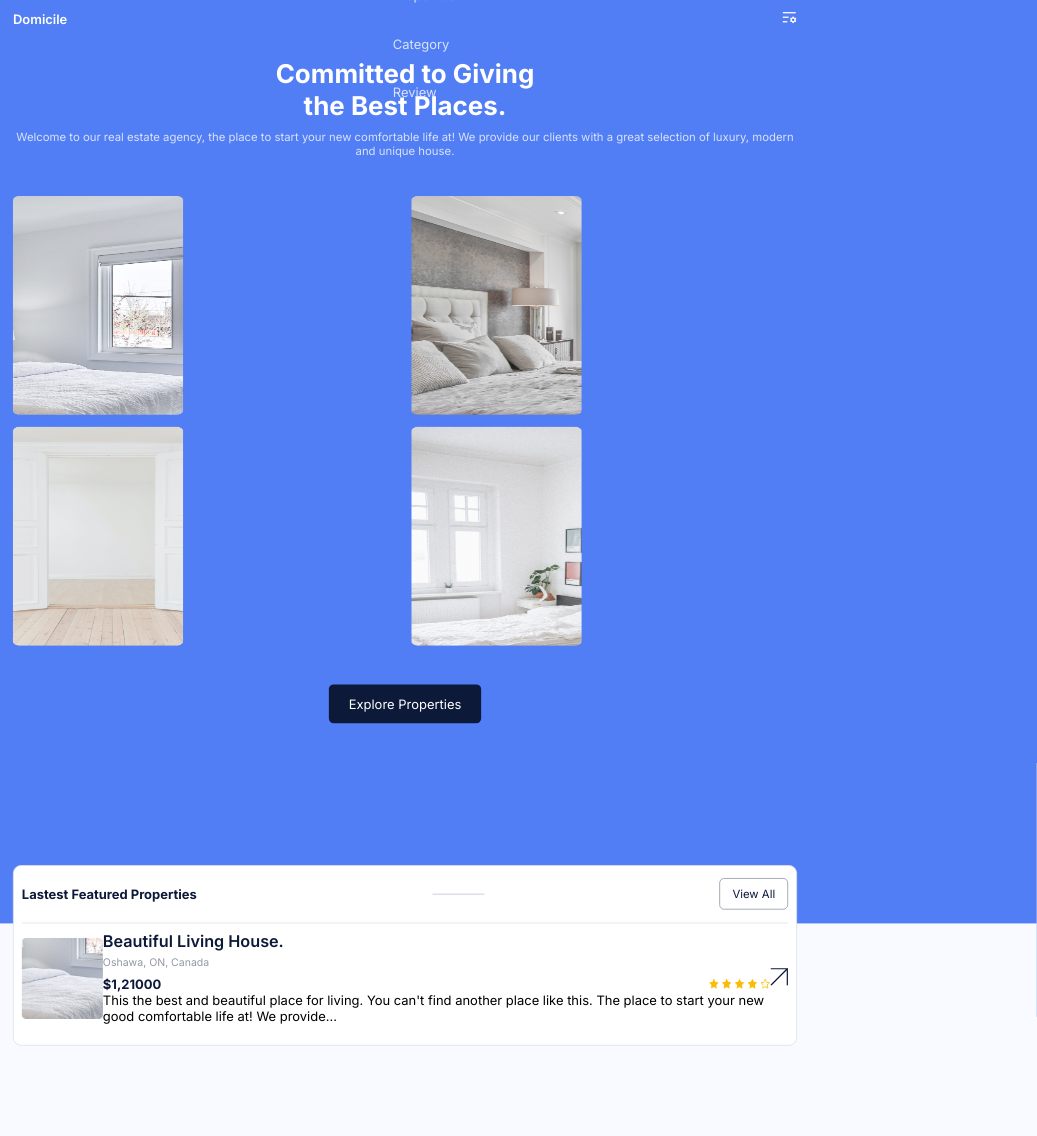
Repository: haokiet2501/domicile-real-estate
Page: index.html
These files come from the project's save history. The page is drawn as it stood at one moment and after a run of saves; the edit follows.
The browser window is 1280 px wide. The pictures show the whole page, at 81% of full size.
The style sheet was rebuilt from its Sass, Less or Tailwind sources for each picture, by a compiler version that may differ from the author's.

Above is the page before, as saved 2022-06-11 16:28:00.

### index.html
<!DOCTYPE html>
<html lang="en">
<head>
    <meta charset="UTF-8">
    <meta http-equiv="X-UA-Compatible" content="IE=edge">
    <meta name="viewport" content="width=device-width, initial-scale=1.0">
    <link href="https://cdn.jsdelivr.net/npm/remixicon@2.5.0/fonts/remixicon.css" rel="stylesheet">
    <link rel="stylesheet" href="sass/css/styles.css">
    <title>Real Estate Website - Domicile</title>
</head>
<body>
    <header class="header" id="header">
        <nav class="nav container">
            <a href="#" class="nav__logo">Domicile</a>

            <div class="nav__menu" id="nav-menu">
                <ul class="nav__list">
                    <li class="nav__item">
                        <a href="#" class="nav__link active-link">Home</a>
                    </li>
                    <li class="nav__item">
                        <a href="#" class="nav__link">Properties</a>
                    </li>
                    <li class="nav__item">
                        <a href="#" class="nav__link">Category</a>
                    </li>
                    <li class="nav__item">
                        <a href="#" class="nav__link">Review</a>
                    </li>
                </ul>

                <i class="ri-close-line nav__close" id="nav-close"></i>
            </div>

            <div class="nav__toggle" id="nav-toggle">
                <i class="ri-list-settings-line"></i>
            </div>
        </nav>
    </header>

    <main class="main">
        <section class="home section" id="home">
            <div class="home__container container grid">
                <div class="home__data">
                    <h1 class="home__data-subtitle">
                        Committed to Giving<br>the Best Places.
                    </h1>
                    <p class="home__data-title">
                        Welcome to our real estate agency, the place to start your new comfortable life at! We provide our clients with a great selection of luxury, modern and unique house.
                    </p>
                </div>

                <div class="home__images">
                    <img src="imgs/hero-one.png" alt="">
                    <img src="imgs/hero-two.png" alt="">
                    <img src="imgs/hero-three.png" alt="">
                    <img src="imgs/hero-four.png" alt="">
                </div>

                <div class="home__button">
                    <a href="#" class="button">Explore Properties</a>
                </div>
            </div>
        </section>

        <section class="futured" id="futured">
            <div class="futured__container container">
                <div class="futured__properties">
                    <div class="futured__properties-content">
                        Lastest Featured Properties
                    </div>
                    <div class="futured__properties-line"></div>
                    <div class="futured__properties-button">View All</div>
                </div>

                <div class="futured__card">
                    <img class="futured__card-img" src="imgs/future.png" alt="">
                    <div class="futured__card-layouts">
                        <div class="futured__card-text">
                            <h3>Beautiful Living House.</h3>
                            <p>Oshawa, ON, Canada</p>
                        </div>
                        <div class="futured__card-price">
                            <p>$1,21000</p>
                            <img class="futured__card-price-vector" src="imgs/rating.png" alt="">
                        </div>

                        <div class="futured__card-subtext">
                            <p>
                                This the best and beautiful place for living. You can't find another place like this. The place to start your new good comfortable life at! We provide...
                            </p>
                        </div>
                    </div>
                    <div class="futured__card-btnfutured">
                        <svg width="22" height="22" viewBox="0 0 22 22" fill="none" xmlns="http://www.w3.org/2000/svg">
                            <path d="M1 21L21 1M21 1H1M21 1V21" stroke="#0C1938" stroke-width="1.5" stroke-linecap="round" stroke-linejoin="round"/>
                        </svg>
                    </div>
                </div>
            </div>
        </section>
    </main>
    <script src="app.js"></script>
</body>
</html>

### app.js
// Show Menu
const navMenu = document.getElementById('nav-menu'),
    navToggle = document.getElementById('nav-toggle'),
    navClose = document.getElementById('nav-close');

if (navToggle) {
    navToggle.addEventListener('click', () => {
        navMenu.classList.add('show-menu');
    });
}

if(navClose) {
    navClose.addEventListener('click', () => {
        navMenu.classList.remove('show-menu');
    })
}

### sass/styles.scss
@import './base/base';
@import './main/main';

### sass/base/_base.scss
@import url('https://fonts.googleapis.com/css2?family=Inter:wght@400;500;600;700;800;900&display=swap');

* {
    margin: 0;
    padding: 0;
    box-sizing: border-box;
}

html {
    scroll-behavior: smooth;
}

body {
    font-family: 'Inter', sans-serif;
    font-style: normal;
    background: var(--color-main);
}

ul {
    list-style: none;
}

a {
    text-decoration: none;
}

img {
    max-width: 100%;
    height: auto;
}

button, input {
    border: none;
    outline: none;
}

:root {
    --header-height: 3rem;

    --color-main: #F8FAFF;
    --color-bg-header: #517EF5;
    --white-color: #FFFFFF;
    --color-nav: #D8E2FA;
    --color-footer: #0E1935;
    --color-btn: #0C1938;
    --color-title: #9398A4;

    --biggest-font-size: 2.5rem;
    --medium-font-size: 2rem;
    --h1-font-size: 1.5rem;
    --h2-font-size: 1.25rem;
    --h3-font-size: 1rem;
    --normal-font-size: 0.938rem;
    --small-font-size: 0.813rem;
    --smaller-font-size: 0.75rem;

    --font-smaller: 400;
    --font-medium: 500;
    --font-semi-bold: 600;
    --font-semi-big: 700;

     /* Margin Bottom */
    --mb-0-25: 0.25rem;
    --mb-0-5: 0.5rem;
    --mb-0-75: 0.75rem;
    --mb-1: 1rem;
    --mb-1-25: 1.25rem;
    --mb-1-5: 1.5rem;
    --mb-2: 2rem;
    --mb-2-5: 2.5rem;

    --scale-hover: scale(.98);
}

@media screen and (min-width: 968px) {
    :root {
        --biggest-font-size: 4rem;
        --h1-font-size: 2.25rem;
        --h2-font-size: 1.75rem;
        --h3-font-size: 1.25rem;
        --normal-font-size: 1rem;
        --small-font-size: 0.875rem;
        --smaller-font-size: 0.813rem;
    }
}

### sass/main/_main.scss
.header {
    width: 100%;
    position: fixed;
    top: 0;
    left: 0;
    z-index: 100;
    background-color: var(--color-bg-header);
}

.main {
    overflow-x: hidden;
}

.container {
    max-width: 968px;
    margin-left: var(--mb-1);
    margin-right: var(--mb-1);
}

.grid {
    display: grid;
    gap: 1.5rem;
}

.section {
    padding: 4.5rem 0 2.5rem;
}

// NAV
.nav {
    display: flex;
    justify-content: space-between;
    align-items: center;
    height: var(--header-height);

    &__logo,
    &__toggle{
        color: var(--white-color);
    }

    &__logo {
        font-weight: var(--font-semi-bold);
    }

    &__toggle{
        font-size: 1.2rem;
        cursor: pointer;
    }

    &__menu {
        position: relative;

        @media screen and (max-width: 767px){
            position: fixed;
            background-color: var(--color-footer);
            top: 0;
            right: -100%;
            width: 70%;
            height: 100%;
            box-shadow: -1px 0 4px rgba(0, 0, 0, .15);
            padding: 3rem;
            transition: .4s;
        }
    }

    &__list {
        display: flex;
        flex-direction: column;
        row-gap: 2.5rem;
    }

    &__link {
        font-weight: var(--font-smaller);
        color: var(--color-nav);

        &:hover {
            color: var(--white-color);
            transform: var(--scale-hover);
        }
    }

    &__close {
        position: absolute;
        top: .75rem;
        right: 1rem;
        font-size: 1.5rem;
        color: var(--white-color);
        cursor: pointer;
    }
}

// Show menu
.show-menu {
    right: 0;
}

.home {
    background-color: var(--color-bg-header);
    height: calc(165vh - var(--header-height));
    &__container {
        row-gap: 3rem;
    }

    &__data {
        text-align: center;

        &-subtitle {
            color: var(--white-color);
            font-size: var(--medium-font-size);
            font-weight: var(--font-semi-big);
            margin-bottom: 10px;
        }
        &-title {
            color: var(--color-nav);
            font-weight: var(--font-smaller);
            font-size: var(--small-font-size);
        }
    }

    &__images {
        display: grid;
        gap: 15px;
        grid-template-columns: repeat(2, 1fr);

        img {
            width: 210px;
            height: 270px;
            transition: .3s ease-out;

            &:hover {
                transform: var(--scale-hover);
                transition: .3s ease-out;
            }
        }
    }

    &__button {
        display: flex;
        justify-content: center;
        align-items: center;

        .button {
            padding: 14px 24px;
            background-color: var(--color-btn);
            color: var(--white-color);
            border-radius: 6px;
            font-size: var(--normal-font-size);
            transition: .3s ease-out;

            &:hover {
                transform: var(--scale-hover);
                transition: .3s ease-out;
            }
        }
    }
}

.futured {
    position: relative;
    transform: translateY(-4.5rem);
    padding-bottom: 2.5rem;

    &__container {
        background-color: var(--white-color);
        border: 1px solid #DDE1EA;
        border-radius: 10px;
        padding: 15px 10px;
    }

    &__properties {
        display: flex;
        justify-content: space-between;
        align-items: center;
        border-bottom: 1px solid #DDE1EA;
        padding-bottom: 1rem;

        &-content {
            font-weight: var(--font-semi-big);
            color: var(--color-btn);

        }

        &-line {
            width: calc(var(--header-height) + 1rem);
            height: 1px;
            border: 1px solid #DDE1EA;
        }

        &-button {
            border: 1px solid #9398A4;
            padding: 10px 15px;
            border-radius: 6px;
            color: var(--color-btn);
            font-weight: var(--font-smaller);
            font-size: var(--small-font-size);
            transition: .3s ease-out;

            &:hover {
                transform: var(--scale-hover);
                transition: .3s ease-out;
            }
        }
    }

    &__card {
        display: flex;
        justify-content: space-between;
        align-items: center;
        margin: 10px 0;

        &-img {
            width: 100px;
            height: 100px;
        }

        &-text {
            h3 {
                font-weight: var(--font-semi-bold);
                color: var(--color-btn);
                font-size: var(--h3-font-size);
                margin-bottom: 5px;
            }

            p {
                font-weight: var(--font-smaller);
                color: var(--color-title);
                font-size: var(--smaller-font-size);
                margin-bottom: 10px;
            }
        }

        &-price {
            display: flex;
            justify-content: space-between;
            align-items: center;

            p {
                font-weight: var(--font-semi-big);
                font-size: var(--normal-font-size);
                color: var(--color-btn);
            }

            &-vector {
                width: 76px;
                height: 14px;
            }
        }
    }
}

After the next 3 saves:
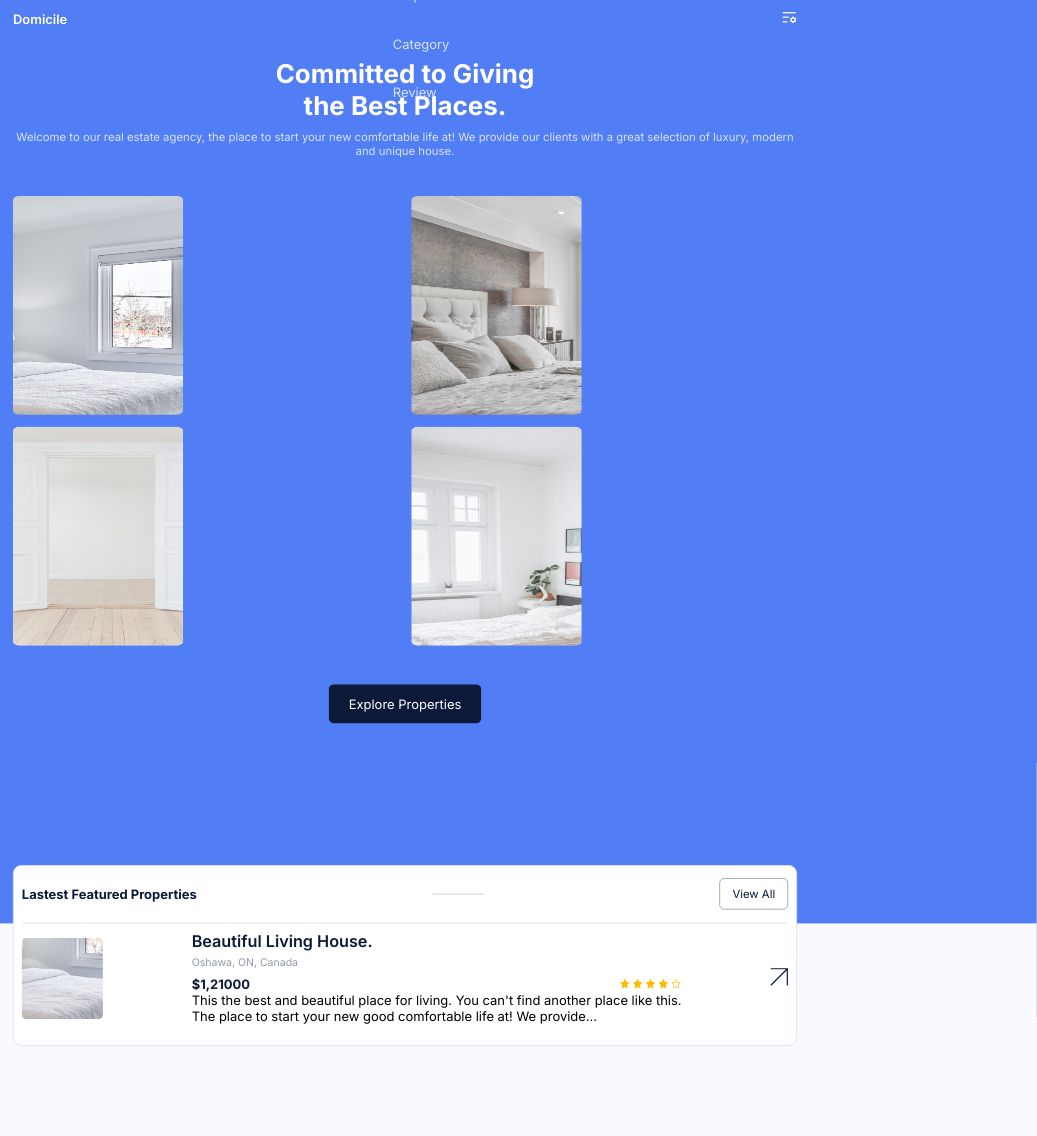
The 3 saves are shown as one change because they came seconds apart.
The last was saved 9 s later.
--- a/index.html
+++ b/index.html
@@ -87,7 +87,7 @@
 
                         <div class="futured__card-subtext">
                             <p>
-                                This the best and beautiful place for living. You can't find another place like this. The place to start your new good comfortable life at! We provide...
+                                This the best and beautiful place for living. You can't find another place like this.<br/> The place to start your new good comfortable life at! We provide...
                             </p>
                         </div>
                     </div>
